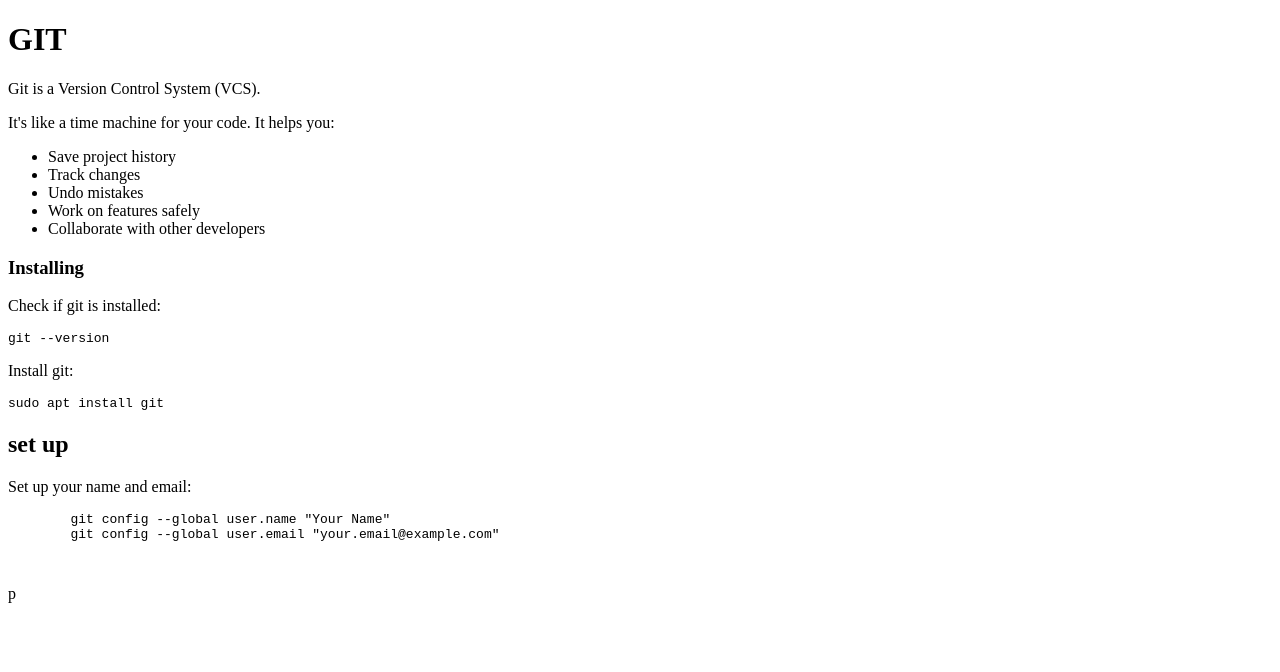
Repository: brownsonjoy1811/GitandGithub
Page: git.html
These files come from the project's save history. The page is drawn as it stood at one moment and after a run of saves; the edit follows.
The browser window is 1280 px wide. The pictures show the whole page.

Above is the page before, as saved 2026-06-16 12:20:42.

After the next 2 saves:
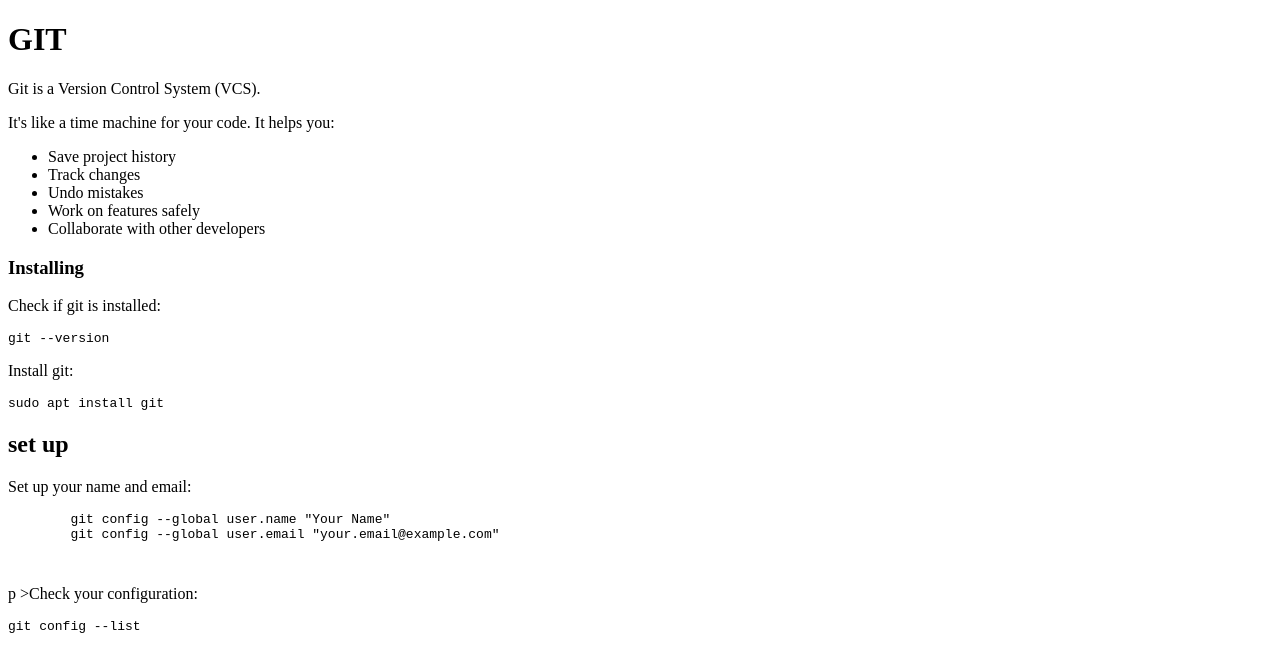
The 2 saves are shown as one change because they came seconds apart.
The last was saved 6 s later.
--- a/git.html
+++ b/git.html
@@ -33,6 +33,7 @@
     </pre>
 
     p
-
+>Check your configuration:</p>
+    <pre><code>git config --list</code></pre>
 </body>
 </html>
